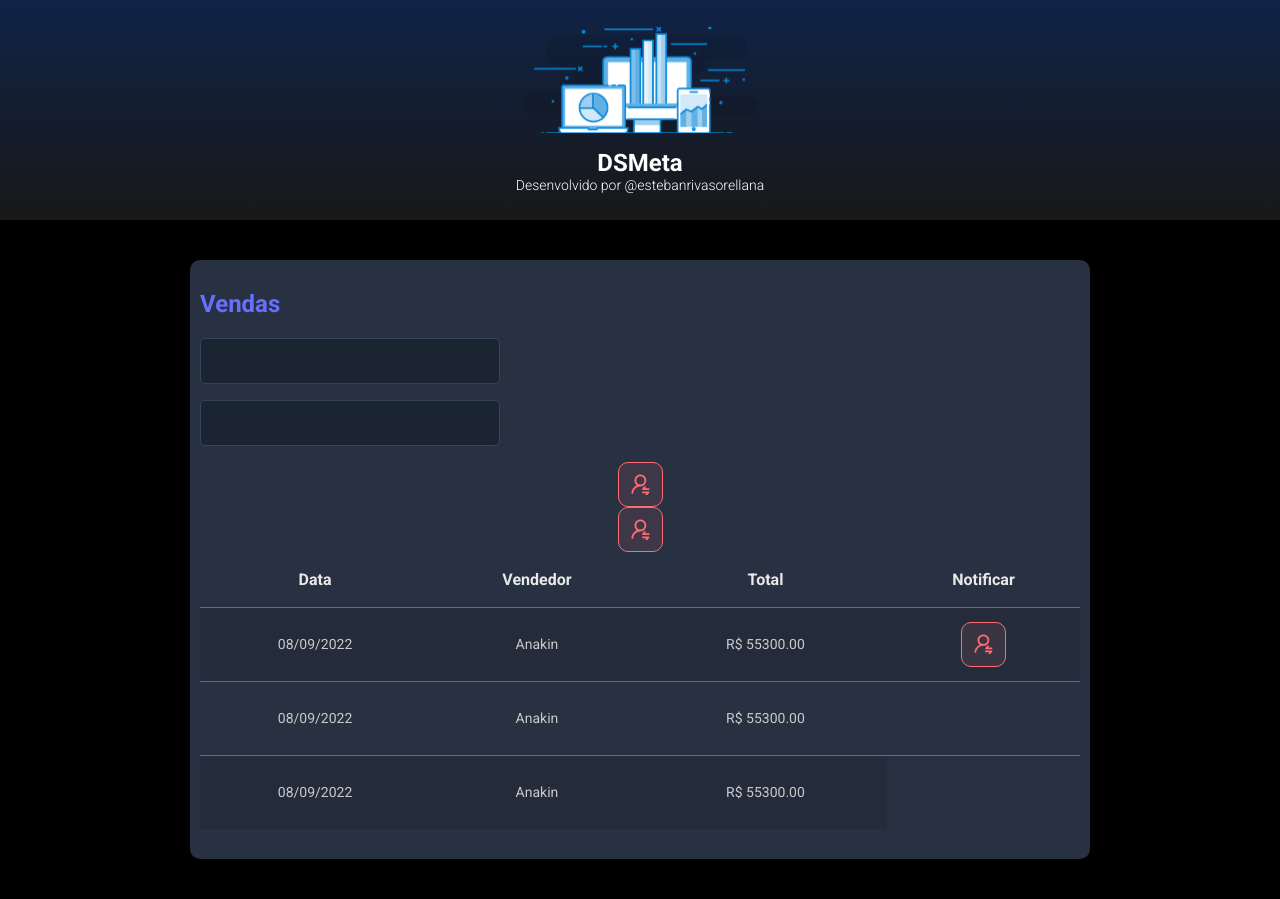
Repository: estebanrivas/dsmeta-css
Page: index.html
The author's editor kept a copy of each file at every save. The page is drawn from the files as they stood at one save, then again after a run of saves.
The browser window is 1280 px wide. The pictures show the whole page.

Above is the page before, as saved 2022-09-08 22:26:59.

After the next 2 saves:
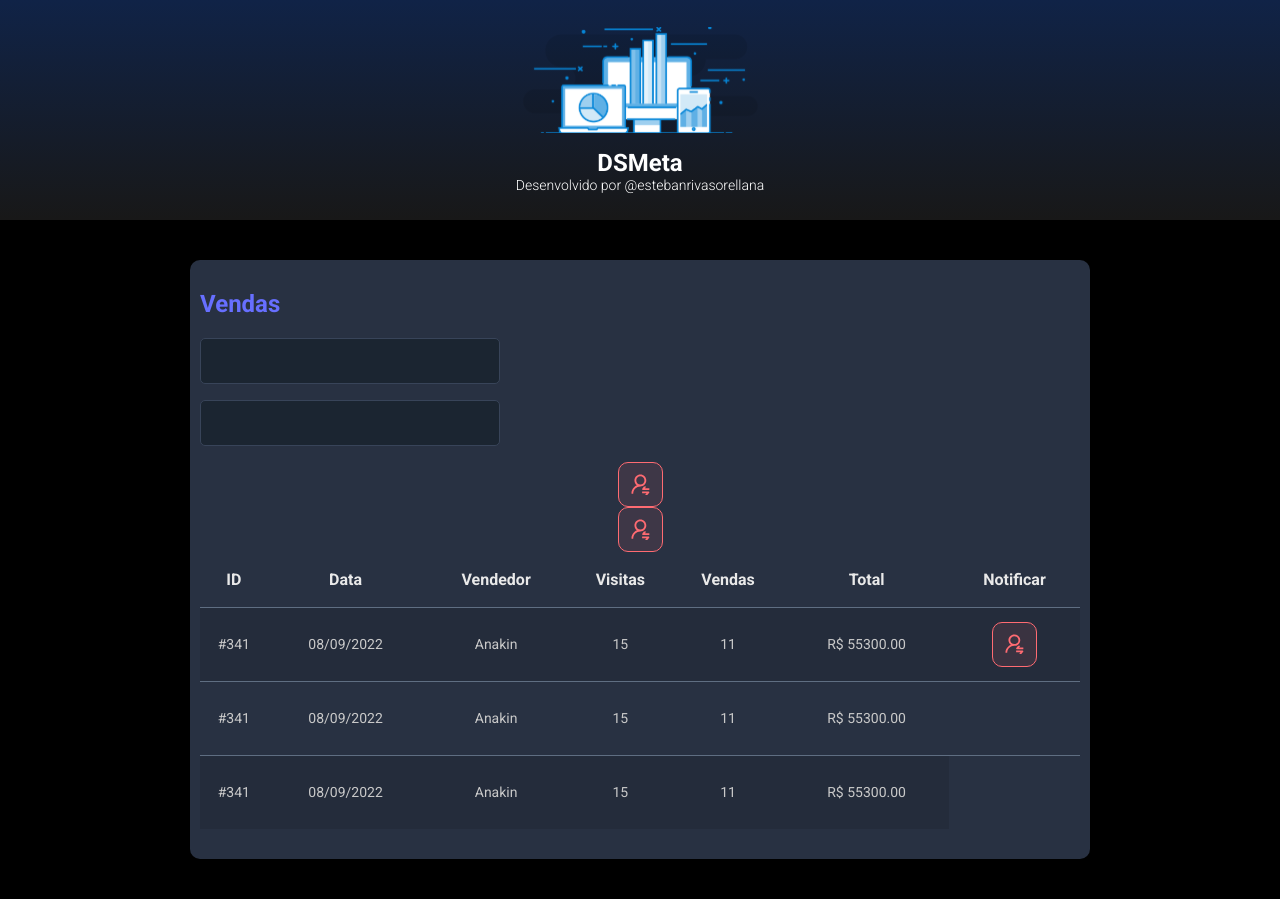
The 2 saves are shown as one change because they came seconds apart.
The last was saved 9 s later.
--- a/css/styles.css
+++ b/css/styles.css
@@ -157,6 +157,6 @@ header {
 
 @media (min-width: 900px){
     .show900{
-        display: none;
+        display: table-cell;
     }
 }
